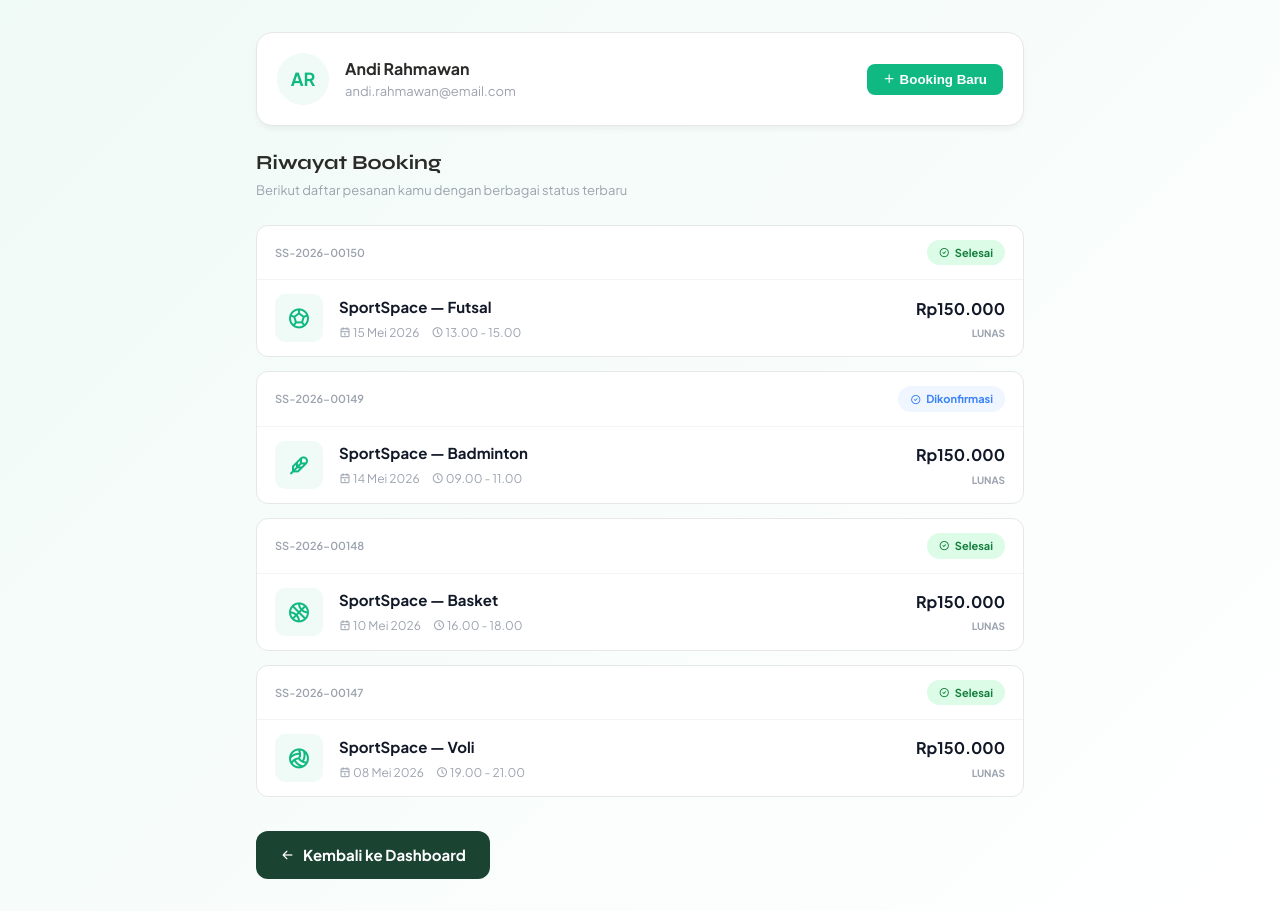
Repository: vira633/SportSpace
Page: riwayat.html
These files come from the project's save history. The page is drawn as it stood at one moment and after the next save; the edit follows.
The browser window is 1280 px wide. The pictures show the whole page.
Some web libraries are served in a nearby version.

Above is the page before, as saved 2026-05-15 13:01:56.

After the next save:
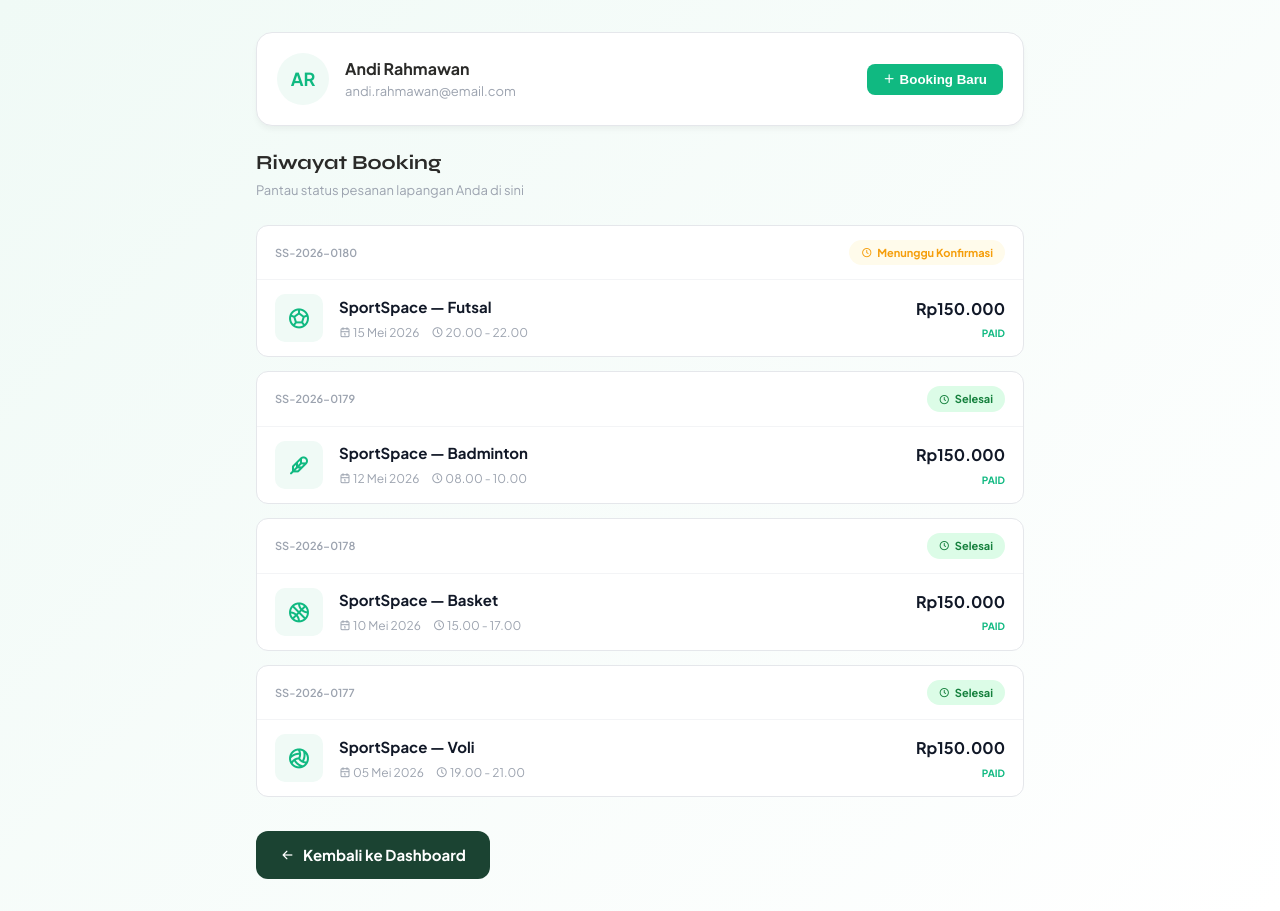
Saved 71 s later.
--- a/riwayat.html
+++ b/riwayat.html
@@ -11,7 +11,6 @@
       --green: #10b981; --green-light: #f0faf6; --white: #ffffff;
       --gray-100: #f3f4f6; --gray-200: #e5e7eb; --gray-400: #9ca3af;
       --gray-900: #111827; --amber: #f59e0b; --amber-light: #fffbeb;
-      --blue: #3b82f6; --blue-light: #eff6ff;
     }
     body { background: linear-gradient(135deg, #f0faf6 0%, #ffffff 100%); min-height: 100vh; }
     .page-wrap { max-width: 800px; margin: 0 auto; padding: 32px 16px; font-family: 'Plus Jakarta Sans', sans-serif; }
@@ -29,14 +28,11 @@
     .booking-name { font-size: 15px; font-weight: 700; color: var(--gray-900); }
     .booking-meta { font-size: 12px; color: var(--gray-400); display: flex; gap: 12px; margin-top: 4px; }
 
-    /* BADGE STATUS VARIATIONS */
     .badge { padding: 4px 12px; border-radius: 20px; font-size: 11px; font-weight: 700; display: flex; align-items: center; gap: 5px; }
     .badge-amber { background: var(--amber-light); color: var(--amber); }
     .badge-green { background: #dcfce7; color: #15803d; }
-    .badge-blue { background: var(--blue-light); color: var(--blue); }
 
     .btn-back { display: inline-flex; align-items: center; gap: 8px; background: #1b4332; color: white; padding: 12px 24px; border-radius: 12px; text-decoration: none; font-weight: 700; margin-top: 20px; transition: 0.3s; }
-    .btn-back:hover { background: #2e7d32; transform: translateY(-2px); }
   </style>
 </head>
 <body>
@@ -58,7 +54,7 @@
   </div>
 
   <h1 style="font-size:20px; text-align:left; margin-bottom:4px;">Riwayat Booking</h1>
-  <p style="font-size:13px; color:var(--gray-400); text-align:left; margin-bottom:24px;">Berikut daftar pesanan kamu dengan berbagai status terbaru</p>
+  <p style="font-size:13px; color:var(--gray-400); text-align:left; margin-bottom:24px;">Pantau status pesanan lapangan Anda di sini</p>
 
   <div id="booking-list">
     </div>
@@ -69,21 +65,23 @@
 </div>
 
 <script>
-  function muatSemuaRiwayat() {
+  function muatRiwayat() {
     const list = document.getElementById('booking-list');
     const dataUser = JSON.parse(localStorage.getItem('riwayatSport')) || [];
     const dataSimulasi = [
-      { tgl: "15 Mei 2026", sport: "Futsal", jam: "13.00 - 15.00", icon: "ti-ball-football", status: "selesai", badge: "badge-green", label: "Selesai" },
-      { tgl: "14 Mei 2026", sport: "Badminton", jam: "09.00 - 11.00", icon: "ti-feather", status: "dikonfirmasi", badge: "badge-blue", label: "Dikonfirmasi" },
-      { tgl: "10 Mei 2026", sport: "Basket", jam: "16.00 - 18.00", icon: "ti-ball-basketball", status: "selesai", badge: "badge-green", label: "Selesai" },
-      { tgl: "08 Mei 2026", sport: "Voli", jam: "19.00 - 21.00", icon: "ti-ball-volleyball", status: "selesai", badge: "badge-green", label: "Selesai" }
+      { tgl: "15 Mei 2026", sport: "Futsal", jam: "20.00 - 22.00", icon: "ti-ball-football", badge: "badge-amber", label: "Menunggu Konfirmasi" },
+      { tgl: "12 Mei 2026", sport: "Badminton", jam: "08.00 - 10.00", icon: "ti-feather", badge: "badge-green", label: "Selesai" },
+      { tgl: "10 Mei 2026", sport: "Basket", jam: "15.00 - 17.00", icon: "ti-ball-basketball", badge: "badge-green", label: "Selesai" },
+      { tgl: "05 Mei 2026", sport: "Voli", jam: "19.00 - 21.00", icon: "ti-ball-volleyball", badge: "badge-green", label: "Selesai" }
     ];
-    const totalData = [...dataUser.reverse().map(item => ({
+    const totalData = [
+      ...dataUser.reverse().map(item => ({
         ...item,
-        status: "menunggu",
         badge: "badge-amber",
         label: "Menunggu Konfirmasi"
-    })), ...dataSimulasi];
+      })),
+      ...dataSimulasi
+    ];
 
     list.innerHTML = totalData.map((item, index) => {
       let iconClass = item.icon || "ti-ball-football";
@@ -93,8 +91,8 @@
       return `
         <div class="booking-card">
           <div class="booking-header">
-            <span style="font-size:11px; color:var(--gray-400); font-weight:600;">SS-2026-00${150 - index}</span>
-            <span class="badge ${item.badge}"><i class="ti ti-circle-check"></i> ${item.label}</span>
+            <span style="font-size:11px; color:var(--gray-400); font-weight:600;">SS-2026-0${180 - index}</span>
+            <span class="badge ${item.badge}"><i class="ti ti-clock-hour-4"></i> ${item.label}</span>
           </div>
           <div class="booking-body">
             <div class="booking-icon" style="background:var(--green-light); color:var(--green);">
@@ -109,7 +107,7 @@
             </div>
             <div style="text-align:right;">
               <div style="font-size:16px; font-weight:700; color:var(--gray-900);">Rp150.000</div>
-              <div style="font-size:10px; color:var(--gray-400); font-weight:700; margin-top:4px;">LUNAS</div>
+              <div style="font-size:10px; color:var(--green); font-weight:800; margin-top:4px;">PAID</div>
             </div>
           </div>
         </div>
@@ -117,7 +115,7 @@
     }).join('');
   }
 
-  window.onload = muatSemuaRiwayat;
+  window.onload = muatRiwayat;
 </script>
 
 </body>
